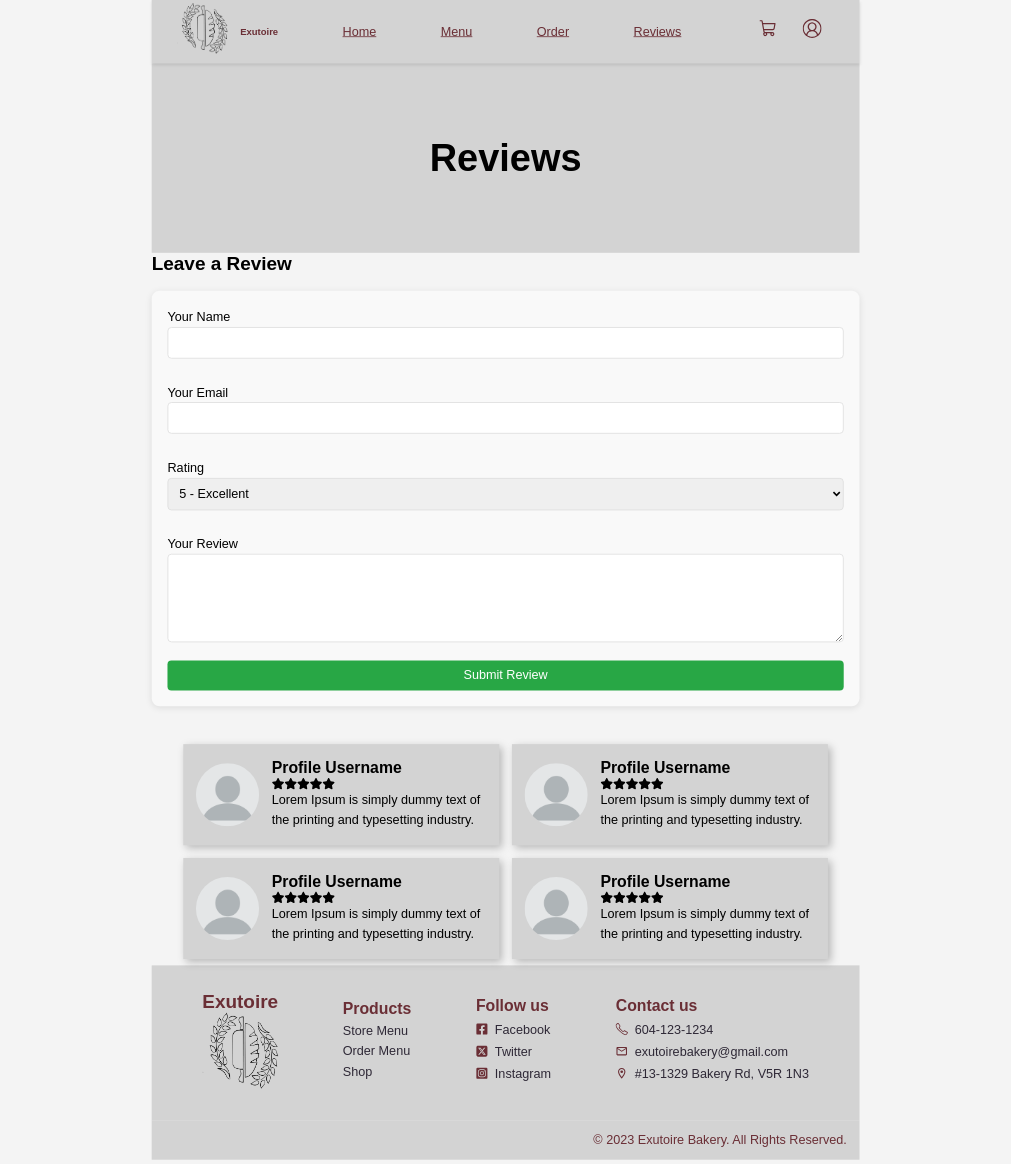
Repository: MelissaJacobi/COMP3170-final-proj
Page: /Reviews
These files come from the project's save history. The page is drawn as it stood at one moment and after the next save; the edit follows.
The browser window is 1280 px wide. The pictures show the whole page, at 79% of full size.
The project was rebuilt for these pictures with package versions that can differ from the ones it lists, and the page was loaded fresh each time. Also part of the build but not shown: vite.config.js, src/pages/ShoppingCart.module.css, src/components/ShoppingCartCard.module.css, src/components/ShoppingCartCard.jsx, src/components/OrderTotal.jsx, src/pages/ShoppingCart.jsx, src/pages/Profile.module.css, src/pages/Profile.jsx and 30 more.

Above is the page before, as saved 2024-10-19 19:52:19.

### src/main.jsx
import { StrictMode } from 'react'
import { createRoot } from 'react-dom/client'
import App from './App.jsx'
import './index.css'

const rootElement = document.getElementById('root');
if (rootElement) {
  createRoot(rootElement).render(
    <StrictMode>
      <App />
    </StrictMode>
  );
}

### src/App.jsx
import { BrowserRouter as Router, Routes, Route } from 'react-router-dom';
import styles from './App.module.css';
import Header from './components/Header';
import Footer from './components/Footer';
import Home from './pages/Home';
import Menu from './pages/menu';
import Bread from './pages/Bread';
import Pastries from './pages/Pastries';
import Cakes from './pages/Cakes';
import Drinks from './pages/Drinks';
import Seasonal from './pages/Seasonal';
import OrderPickUp from './pages/OrderPickUp';
import OrderDelivery from './pages/OrderDelivery';
import ShoppingCart from './pages/ShoppingCart';
import Profile from './pages/Profile';
import Reviews from './pages/reviews';

function App() {
  return (
    <Router>
      <div className={styles.appContainer}>
        <Header />
        <Routes>
          <Route path="/" element={<Home />} />
          <Route path="/menu" element={<Menu />} />
          <Route path="/menu/bread" element={<Bread />} />
          <Route path="/menu/pastries" element={<Pastries />} />
          <Route path="/menu/cakes" element={<Cakes />} />
          <Route path="/menu/drinks" element={<Drinks />} />
          <Route path="/menu/seasonal" element={<Seasonal />} />
          <Route path="/orderpickup" element={<OrderPickUp />} />
          <Route path="/orderdelivery" element={<OrderDelivery />} />
          <Route path="/shoppingcart" element={<ShoppingCart/>}/>
          <Route path="/profile" element={<Profile />}/>
          <Route path="/Reviews" element={<Reviews />}/>
        </Routes>
        <Footer />
      </div>
    </Router>
  );
}

export default App;

### src/index.css
* {
  margin: 0;
  padding: 0;
  box-sizing: border-box;
}

body {
  font-family: Arial, sans-serif;
  line-height: 1.6;
  background-color: #f4f4f4;
}

:root {
  --primary-color: lightgrey;
  --secondary-color: lightblue;
  --accent-color: #6A2E35;
  --background-color: white;
  --text-color: #2E2836;
}

### src/App.module.css
.appContainer {
    width: 70%;
    height: 100%;
    margin: auto;
}

### src/components/Header.jsx
// Header.tsx
import { Link, Route, Router, Routes } from 'react-router-dom';
import styles from './Header.module.css';
import logo from "../assets/images/logo.png";
import { PiShoppingCart } from "react-icons/pi";
import { VscAccount } from "react-icons/vsc";
import OverallCart from '../pages/ShoppingCart';
import Profile from '../pages/Profile';

export default function Header() {
  return (
    <div className={styles.container}>
      <div>
        <Link to ="/"><img src={logo} alt="Logo" className={styles.logo} /></Link>
        <p className={styles.siteTitle}>Exutoire</p>
      </div>
      <Link to="/" className={styles.links}>Home</Link>
      <Link to="/Menu" className={styles.links}>Menu</Link>
      <Link to="/OrderPickUp" className={styles.links}>Order</Link>
      <Link to="/Reviews" className={styles.links}>Reviews</Link>
      <div>
        <Link to="/ShoppingCart">
          <PiShoppingCart className={styles.icon} />
        </Link>
        <Link to="/Profile">
          <VscAccount className={styles.icon} />
        </Link>
      </div>
    </div>
  );
}

### src/components/Footer.tsx
import logo from "../assets/images/logo.png"
import styles from "./Footer.module.css"
import { FaFacebookSquare } from "react-icons/fa";
import { FaSquareXTwitter } from "react-icons/fa6";
import { FaInstagramSquare } from "react-icons/fa";
import { SlPhone } from "react-icons/sl";
import { MdOutlineMailOutline } from "react-icons/md";
import { MdOutlineLocationOn } from "react-icons/md";

export default function Footer() {

  return (
    <>
      <div className={styles.container}>
        <div>
            <p className={styles.siteTitle}>Exutoire</p>
            <img src={logo} alt="Logo" className={styles.logo}/>
        </div>
        <ul>
          <p>Products</p>
          <li>Store Menu</li>
          <li>Order Menu</li>
          <li>Shop</li>
        </ul>
        <ul>
          <p>Follow us</p>
          <li><FaFacebookSquare className={styles.socialIcon}/>Facebook</li>
          <li><FaSquareXTwitter className={styles.socialIcon}/>Twitter</li>
          <li><FaInstagramSquare className={styles.socialIcon}/>Instagram</li>
        </ul>
        <ul>
          <p>Contact us</p>
          <li><SlPhone  className={styles.socialIcon}/>604-123-1234</li>
          <li><MdOutlineMailOutline className={styles.socialIcon}/>exutoirebakery@gmail.com</li>
          <li><MdOutlineLocationOn className={styles.socialIcon}/>#13-1329 Bakery Rd, V5R 1N3</li>
        </ul>
      </div>
      <p className={styles.copywrite}>© 2023 Exutoire Bakery.  All Rights Reserved.</p>
    </>
  )
}

### src/pages/reviews.jsx
import styles from "./Reviews.module.css"
import Review from "../components/Review";

export default function Reviews() {
    return (
      <div className={styles.container}>
        <div className={styles.banner}>
            <h1>Reviews</h1>
        </div>
        <div className={styles.reviewFormContainer}>
        <h2>Leave a Review</h2>
        <form action="#" method="POST" className={styles.reviewForm}>
          <div className={styles.formGroup}>
            <label htmlFor="name">Your Name</label>
            <input type="text" id="name" name="name" required />
          </div>

          <div className={styles.formGroup}>
            <label htmlFor="email">Your Email</label>
            <input type="email" id="email" name="email" required />
          </div>

          <div className={styles.formGroup}>
            <label htmlFor="rating">Rating</label>
            <select id="rating" name="rating" required>
              <option value="5">5 - Excellent</option>
              <option value="4">4 - Good</option>
              <option value="3">3 - Average</option>
              <option value="2">2 - Poor</option>
              <option value="1">1 - Terrible</option>
            </select>
          </div>

          <div className={styles.formGroup}>
            <label htmlFor="comments">Your Review</label>
            <textarea id="comments" name="comments" rows="5" required></textarea>
          </div>

          <button type="submit">Submit Review</button>
        </form>
      </div>
        <div className={styles.reviews}>
            <Review />
            <Review />
            <Review />
            <Review />
        </div>

      </div>
    );
  }

### src/components/Header.module.css
.container {
    background-color: var(--primary-color);
    width: 100%;
    height: 5rem;
    display: flex;
    align-items: center;
    justify-content: space-between;
    padding: 2rem;
    position: sticky;
    top: 0;
    z-index: 1000;
    box-shadow: 0 2px 4px rgba(0, 0, 0, 0.1);
}

.logo {
    height: 4rem;
    width: 4rem;
}

.siteTitle {
    font-size: 12px;
    font-style: normal;
    font-weight: 700;
    line-height: normal;
    margin-left: 1rem;
    color: var(--accent-color)
}

.container div {
    display: flex;
    align-items: center;
}

.links {
    font-size: 16px;
    font-style: normal;
    font-weight: 400;
    line-height: normal;
    color: var(--accent-color)
}

.icon {
    height: 1.5rem;
    width: 1.5rem;
    margin: 1rem;
    color: var(--accent-color)
}

### src/components/Footer.module.css
.container {
    background-color: var(--primary-color);
    height: 100%;
    width: 100%;
    display: flex;
    flex-wrap: wrap;
    align-items: center;
    justify-content: space-between;
    padding: 2rem 4rem;
}

.container div{
    text-align: center;
}

.logo {
    width: 6rem;
    height: 6rem;
}

.siteTitle {
    font-size: 24px;
    font-style: normal;
    font-weight: 700;
    line-height: normal;
    color: var(--accent-color)
}

.container ul p {
    color: var(--accent-color);
    font-size: 20px;
    font-style: normal;
    font-weight: 700;
    line-height: normal;
}

.container ul li {
    font-size: 16px;
    font-style: normal;
    font-weight: 400;
    line-height: normal;
    margin: 0.5rem 0rem;
    padding: 0;
    list-style-type: none;
    color: var(--text-color)
}

.socialIcon {
    transform: translateY(0.1rem);
    color: var(--accent-color);
    margin-right: 0.5rem;
}

.copywrite {
    width: 100%;
    text-align: right;
    padding: 1rem;
    font-size: 16px;
    font-style: normal;
    font-weight: 400;
    line-height: normal;
    color: var(--accent-color);
    background-color: var(--primary-color);
}

### src/pages/Reviews.module.css
.container {
    width: 100%;
}

.banner {
    width: 100%;
    height: 15rem;
    display: flex;
    justify-content: center;
    align-items: center;
    background-color: var(--primary-color);
}

.container h1 {
    font-size: 48px;
    font-style: normal;
    font-weight: 700;
    line-height: normal;
}

.reviews {
    width: 100%;
    display: flex;
    justify-content: center;
    flex-wrap: wrap;
}


.reviewFormContainer {
    margin-bottom: 40px;
  }

  .reviewForm {
    background-color: #f9f9f9;
    padding: 20px;
    border-radius: 10px;
    box-shadow: 0 2px 10px rgba(0, 0, 0, 0.1);
  }

  .formGroup {
    margin-bottom: 15px;
  }

  input[type="text"],
  input[type="email"],
  textarea,
  select {
    width: 100%;
    padding: 10px;
    border: 1px solid #ddd;
    border-radius: 5px;
    font-size: 16px;
  }

  button {
    width: 100%;
    padding: 10px;
    background-color: #28a745;
    color: white;
    border: none;
    border-radius: 5px;
    font-size: 16px;
    cursor: pointer;
  }

  button:hover {
    background-color: #218838;
  }

  .reviews {
    margin-top: 20px;
  }

  .review {
    display: flex;
    align-items: flex-start;
    margin-bottom: 20px;
  }

### src/components/Review.jsx
import styles from "./Review.module.css"
import profile from "../assets/images/profile.webp";
import { FaStar } from "react-icons/fa";

export default function Review() {
    return (
      <div className={styles.container}>
        <img src={profile} className={styles.profileImg} />
        <div>
            <p className={styles.username}>Profile Username</p>
            <div className={styles.rating}>
                <FaStar />
                <FaStar />
                <FaStar />
                <FaStar />
                <FaStar />
            </div>
            <p>Lorem Ipsum is simply dummy text of the printing and typesetting industry.</p>
        </div>
      </div>
    );
  }

### src/components/MenuGallery.module.css
.container {
    display: flex;
    flex-direction: column;
    align-items: center;
    justify-content: center;
    height: 100%;
}

h2 {
    font-size: 30px;
    font-style: normal;
    font-weight: 700;
    line-height: normal;
    text-align: center;
    margin: 0;
}

.gallery {
    width: 100%;
    margin-top: 1rem;
    display: flex;
    justify-content: space-around;
    flex-wrap: wrap;
    height: 100%;
    padding: 1rem 7rem;
}

.galleryItem {
    height: 15rem;
    width: 15rem;
    background-color: var(--primary-color);
    display: flex;
    justify-content: center;
    margin: 1rem;
}

### src/components/PickUpInformation.module.css
.formContainer {
  padding: 20px;
  margin: 0 auto;
}

h2 {
  margin-bottom: 20px;
  text-align: left;
  font-weight: 600;
  font-size: 1.5em;
}

form {
  display: flex;
  flex-direction: column;
}

.inputRow {
  display: flex;
  justify-content: space-between;
  gap: 10px;
}

input, select {
  width: 100%;
  padding: 10px;
  margin-bottom: 15px;
  border: 1px solid #ccc;
  border-radius: 5px;
  font-size: 14px;
  box-sizing: border-box;
}

input[type="tel"],
input[type="email"],
input[type="text"] {
  width: 100%;
}

button {
  width: 100%;
  padding: 15px;
  background-color: #333;
  color: #fff;
  border: none;
  border-radius: 5px;
  cursor: pointer;
  font-size: 16px;
  text-align: center;
  transition: background-color 0.3s ease;
}

button:hover {
  background-color: #555;
}

.checkboxRow {
  display: flex;
  align-items: center;
  justify-content: flex-start;
  gap: 10px;
  margin-bottom: 20px;
}

.checkboxInput {
  width: auto;
}

.checkboxLabel {
  margin-left: 0;
  white-space: nowrap;
  margin-bottom: 15px;
}

### src/components/OrderTotal.module.css
.orderTotalContainer {
    display: flex;
    flex-direction: column;
    justify-content: flex-end;
    align-items: flex-end;
}

.subtotal, .tax, .grandTotal {
    display: flex;
    flex-direction: row;
    justify-content: space-around;
    width: 55%;
    margin: 0.5rem;
}

.grandTotal {
    font-size: 40px;
    font-weight: 300;
}

.line {
    background-color: #9a9a9a;
    height: 0.2rem;
    width: 55%;
}

.lineThin {
    background-color: #9a9a9a;
    height: 0.1rem;
    width: 55%;
}

.btns, Link {
    display: flex;
    justify-content: center;
    align-items: center;
    width: 30%;
    margin-bottom: 1rem;
}

.backBtn {
    background-color: inherit;
    color: #6A2E35;
}

.checkoutBtn {
    display: flex;
    justify-content: center;
    align-items: center;
    background-color: #6A2E35;
    height: 2.7rem;
    border-radius: 0;
}

### src/components/Review.module.css
.container {
    background-color: var(--primary-color);
    width: 25rem;
    height: 8rem;
    Margin: 0.5rem;
    display: flex;
    align-items: center;
    box-shadow: 4px 4px 10px 0px rgba(0, 0, 0, 0.25);
}

.profileImg {
    width: 5rem;
    height: 5rem;
    border-radius: 50%;
    margin: 1rem;
}

.rating {
    display: flex;

}

.username {
    font-size: 20px;
    font-style: normal;
    font-weight: 700;
    line-height: normal;
    width: 100%;
}

Loaded but not shown: index.html (common file)

After the next save:
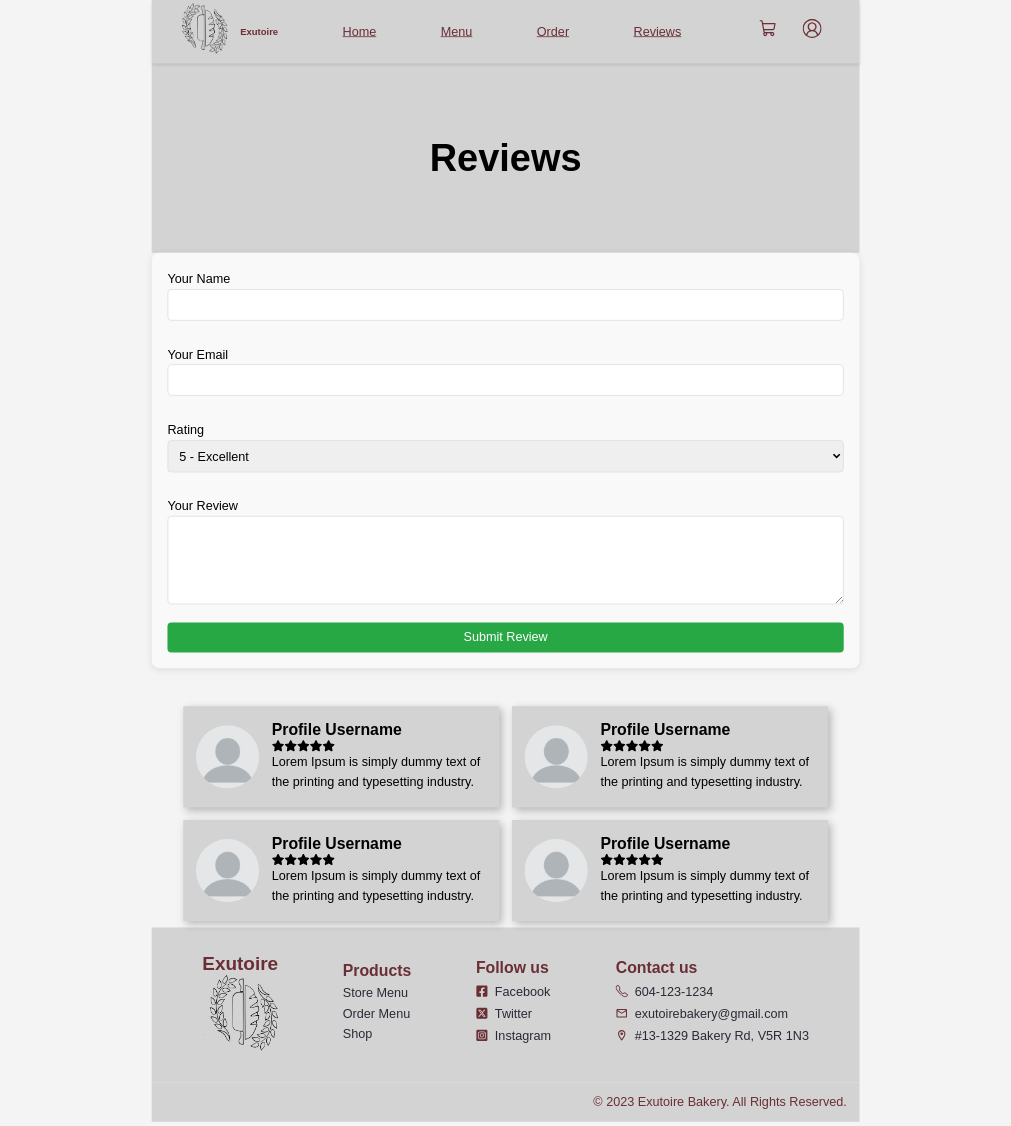
Saved 21 s later.
--- a/src/pages/reviews.jsx
+++ b/src/pages/reviews.jsx
@@ -8,36 +8,35 @@ export default function Reviews() {
             <h1>Reviews</h1>
         </div>
         <div className={styles.reviewFormContainer}>
-        <h2>Leave a Review</h2>
-        <form action="#" method="POST" className={styles.reviewForm}>
-          <div className={styles.formGroup}>
-            <label htmlFor="name">Your Name</label>
-            <input type="text" id="name" name="name" required />
-          </div>
+            <form action="#" method="POST" className={styles.reviewForm}>
+                <div className={styles.formGroup}>
+                    <label htmlFor="name">Your Name</label>
+                    <input type="text" id="name" name="name" required />
+                </div>
 
-          <div className={styles.formGroup}>
-            <label htmlFor="email">Your Email</label>
-            <input type="email" id="email" name="email" required />
-          </div>
+                <div className={styles.formGroup}>
+                    <label htmlFor="email">Your Email</label>
+                    <input type="email" id="email" name="email" required />
+                </div>
 
-          <div className={styles.formGroup}>
-            <label htmlFor="rating">Rating</label>
-            <select id="rating" name="rating" required>
-              <option value="5">5 - Excellent</option>
-              <option value="4">4 - Good</option>
-              <option value="3">3 - Average</option>
-              <option value="2">2 - Poor</option>
-              <option value="1">1 - Terrible</option>
-            </select>
-          </div>
+                <div className={styles.formGroup}>
+                    <label htmlFor="rating">Rating</label>
+                    <select id="rating" name="rating" required>
+                    <option value="5">5 - Excellent</option>
+                    <option value="4">4 - Good</option>
+                    <option value="3">3 - Average</option>
+                    <option value="2">2 - Poor</option>
+                    <option value="1">1 - Terrible</option>
+                    </select>
+                </div>
 
-          <div className={styles.formGroup}>
-            <label htmlFor="comments">Your Review</label>
-            <textarea id="comments" name="comments" rows="5" required></textarea>
-          </div>
+                <div className={styles.formGroup}>
+                    <label htmlFor="comments">Your Review</label>
+                    <textarea id="comments" name="comments" rows="5" required></textarea>
+                </div>
 
-          <button type="submit">Submit Review</button>
-        </form>
+                <button type="submit">Submit Review</button>
+            </form>
       </div>
         <div className={styles.reviews}>
             <Review />
